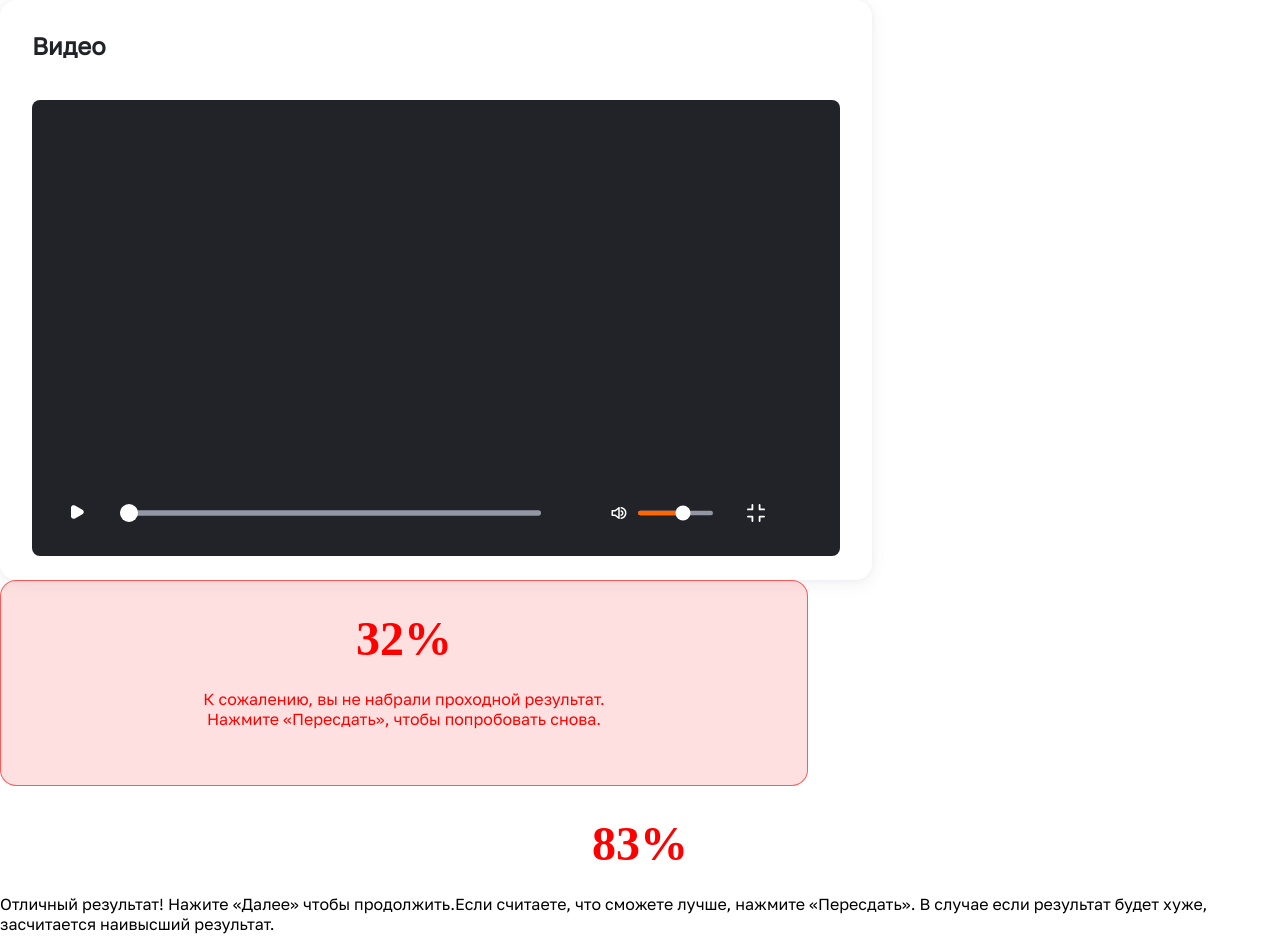
Repository: RuslanSR2424/Group5_LizaAlert
Page: index.html
An editor plug-in stored every save of this project. The page is shown before and after the next save, followed by the edit.
The browser window is 1280 px wide. The pictures show the whole page.

Above is the page before, as saved 2022-03-09 17:11:08.

### index.html
<!DOCTYPE html>
<html lang="en">

<head>
    <meta charset="UTF-8">
    <meta http-equiv="X-UA-Compatible" content="IE=edge">
    <meta name="viewport" content="width=device-width, initial-scale=1.0">
    <link rel="stylesheet" href="./pages/index.css" />
    <title>Document</title>
</head>

<body class="root">
    <section class="video">
        <h2 class="video__title">
            Видео
        </h2>
        <div class="video__player">
            <img class="video__button video__button_type_play" src="./images/video/start.svg">
            <img class="video__button video__button_type_timeline" src="./images/video/timeline.svg">
            <img class="video__button video__button_type_sound-icon" src="./images/video/sound-icon.svg">
            <img class="video__button video__button_type_sound" src="./images/video/sound.svg">
            <img class="video__button video__button_type_size" src="./images/video/size.svg">
        </div>
    </section>
    <section class="results">
        <div class="results__bad">
            <h2 class="results__score">32%</h2>
            <p class="result__text result__text_type_bad">К сожалению, вы не набрали проходной результат.</p>
            <p class="result__text result__text_type_bad">Нажмите «Пересдать», чтобы попробовать снова.</p>
        </div>
        <div class="results__good">
            <h2 class="results__score">83%</h2>
            <p class="result__text result__text_type_good">Отличный результат!
                Нажите «Далее» чтобы продолжить.Если считаете, что сможете лучше, нажмите «Пересдать». В случае если результат будет хуже, засчитается наивысший результат.</p>
        </div>
    </section>
</body>

</html>

### pages/index.css
@import url(../fonts/fonts.css);
@import url(../blocks/root/root.css);

/* video */

@import url(../blocks/video/video.css);
@import url(../blocks/video/__button/video__button.css);
@import url(../blocks/video/__button/_type/video__button_type_play.css);
@import url(../blocks/video/__button/_type/video__button_type_sound.css);
@import url(../blocks/video/__button/_type/video__button_type_timeline.css);
@import url(../blocks/video/__button/_type/video__button_type_size.css);
@import url(../blocks/video/__button/_type/video__button_type_sound-icon.css);
@import url(../blocks/video/__player/video__player.css);
@import url(../blocks/video/__title/video__title.css);

/* results */

@import url(../blocks/results/results.css);
@import url(../blocks/results/__bad/results__bad.css);
@import url(../blocks/results/__good/results__good.css);
@import url(../blocks/results/__score/results__score.css);
@import url(../blocks/results/__text/results__text.css);
@import url(../blocks/results/__text/_type/result__text_type_bad.css);
@import url(../blocks/results/__text/_type/result__text_type_good.css);

### fonts/fonts.css
@font-face {
  font-family: "GolosTextWebRegular";
  src: url(./golos/Golos-Text_Regular.woff2) format("woff2"),
    url(./golos/Golos-Text_Regular.woff) format("woff");
  font-weight: normal;
  font-style: normal;
}
@font-face {
  font-family: "GolosTextWebBold";
  src: url(./golos/Golos-Text_Bold.woff2) format("woff2"),
    url(./golos/Golos-Text_Bold.woff) format("woff");
  font-weight: normal;
  font-style: normal;
}

### blocks/root/root.css
.root {
  margin: 0;
  padding: 0;
  font-family: "GolosTextWebRegular";
}

### blocks/video/video.css
.video {
  height: 580px;
  width: 872px;
  display: flex;
  flex-direction: column;
  background: #ffffff;
  box-shadow: 0px 0px 4px rgba(231, 232, 235, 0.6),
    0px 4px 16px rgba(231, 232, 235, 0.6);
  border-radius: 16px;
}

### blocks/video/__button/video__button.css
.video__button{
    height: 18px;
}

### blocks/video/__button/_type/video__button_type_play.css
.video__button_type_play {
    margin: 0 0 35px 36px;
}

### blocks/video/__button/_type/video__button_type_sound.css
.video__button_type_sound{
    margin: 0 0 34px 10px;
}

### blocks/video/__button/_type/video__button_type_timeline.css
.video__button_type_timeline{
    margin: 0 35px 34px 34px;
}

### blocks/video/__button/_type/video__button_type_size.css
.video__button_type_size{
    margin: 0 34px 34px 34px;
}

### blocks/video/__button/_type/video__button_type_sound-icon.css
.video__button_type_sound-icon{
    margin: 0 0 34px 34px;
}

### blocks/video/__player/video__player.css
.video__player {
  height: 456px;
  width: 808px;
  background-color: #212329;
  display: flex;
  flex-direction: row;
  align-items: flex-end;
  border-radius: 8px;
  margin: auto;
}

### blocks/video/__title/video__title.css
.video__title {
  font-family: "GolosTextWebRegular";
  font-style: normal;
  font-weight: 700;
  font-size: 24px;
  line-height: 28px;
  color: #212329;
  margin: 32px 32px 16px 32px;
}

### blocks/results/results.css
.results{}

### blocks/results/__bad/results__bad.css
.results__bad {
  display: flex;
  flex-direction: column;
  align-items: center;

  width: 808px;
  height: 206px;

  background: rgba(255, 0, 0, 0.12);
  border: 1.2px solid rgba(255, 0, 0, 0.6);
  box-sizing: border-box;
  border-radius: 16px;
}

### blocks/results/__good/results__good.css
.results__good{

}

### blocks/results/__score/results__score.css
.results__score {
  font-family: "Golos";
  font-style: normal;
  font-weight: bold;
  font-size: 48px;
  line-height: 52px;
  text-align: center;
  margin: 32px 64px 24px 64px;

  color: #FF0000;
}

### blocks/results/__text/results__text.css
.results__text {
  font-family: "GolosTextWebRegular";
  font-style: normal;
  font-weight: normal;
  font-size: 18px;
  line-height: 24px;
  text-align: center;
}

### blocks/results/__text/_type/result__text_type_bad.css
.result__text_type_bad {
  color: #ff0000;
  width: 680px;
  text-align: center;
  margin: 0;
}

### blocks/results/__text/_type/result__text_type_good.css
.result__text_type_good{}

After the next save:
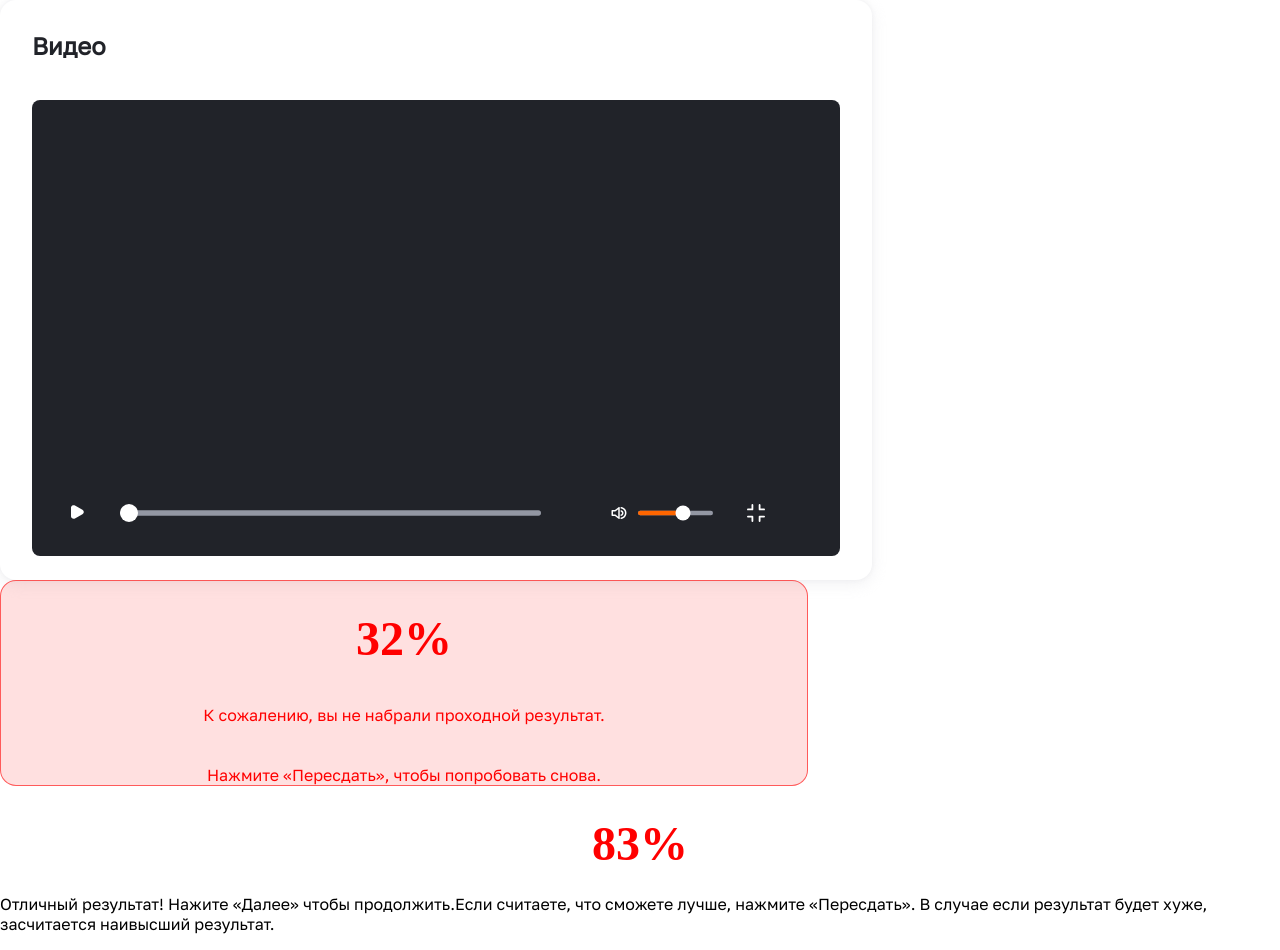
Saved 17 s later.
--- a/blocks/results/__text/_type/result__text_type_bad.css
+++ b/blocks/results/__text/_type/result__text_type_bad.css
@@ -2,5 +2,5 @@
   color: #ff0000;
   width: 680px;
   text-align: center;
-  margin: 0;
+  margin-bottom: 24px;
 }
